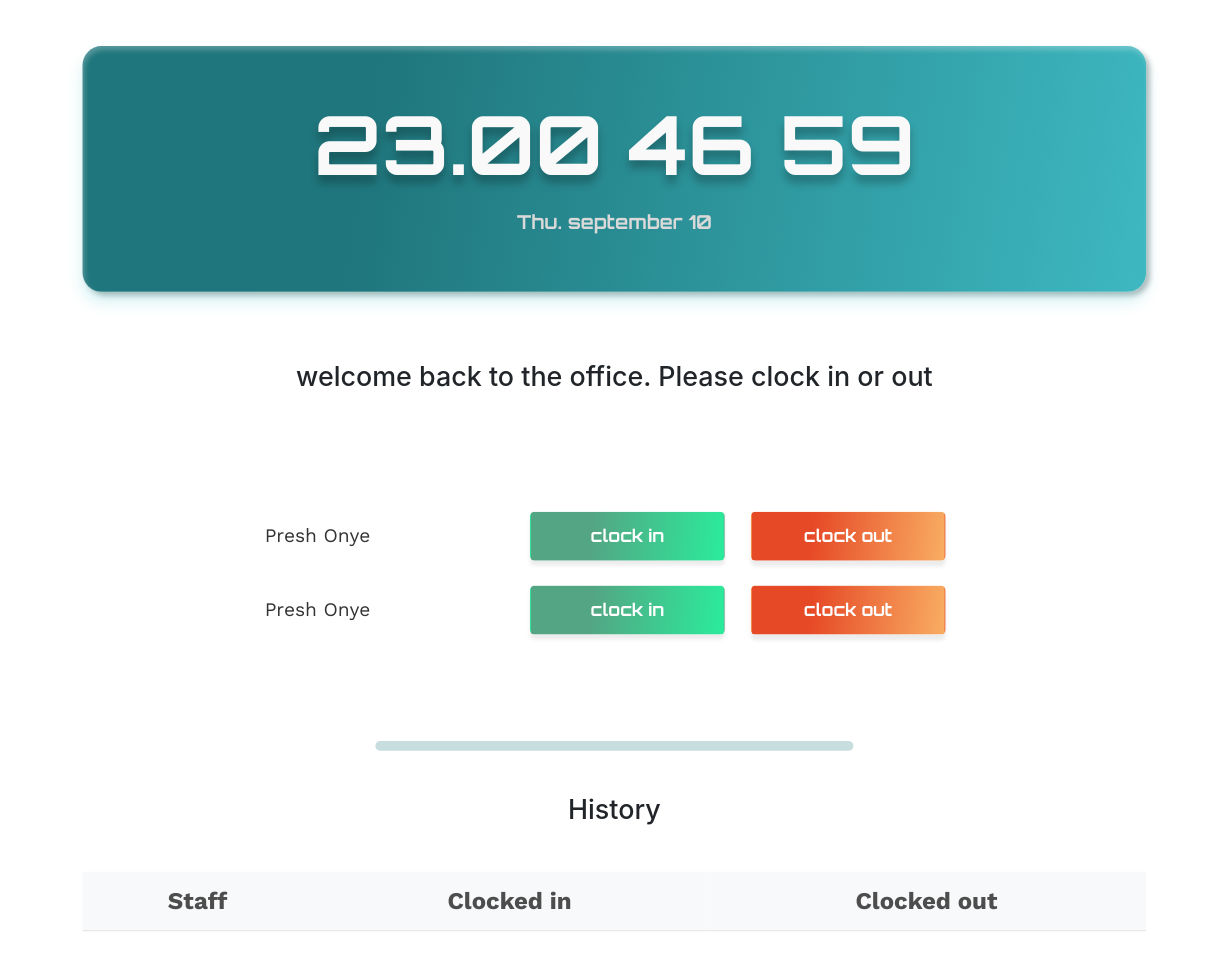
Repository: giprim/clocker
Page: /
These files come from the project's save history. The page is drawn as it stood at one moment and after the next save; the edit follows.
The browser window is 1280 px wide. The pictures show the whole page, at 96% of full size.
The project was rebuilt for these pictures with package versions that can differ from the ones it lists, and the page was loaded fresh each time.

Above is the page before, as saved 2020-09-11 12:56:49.

After the next save:
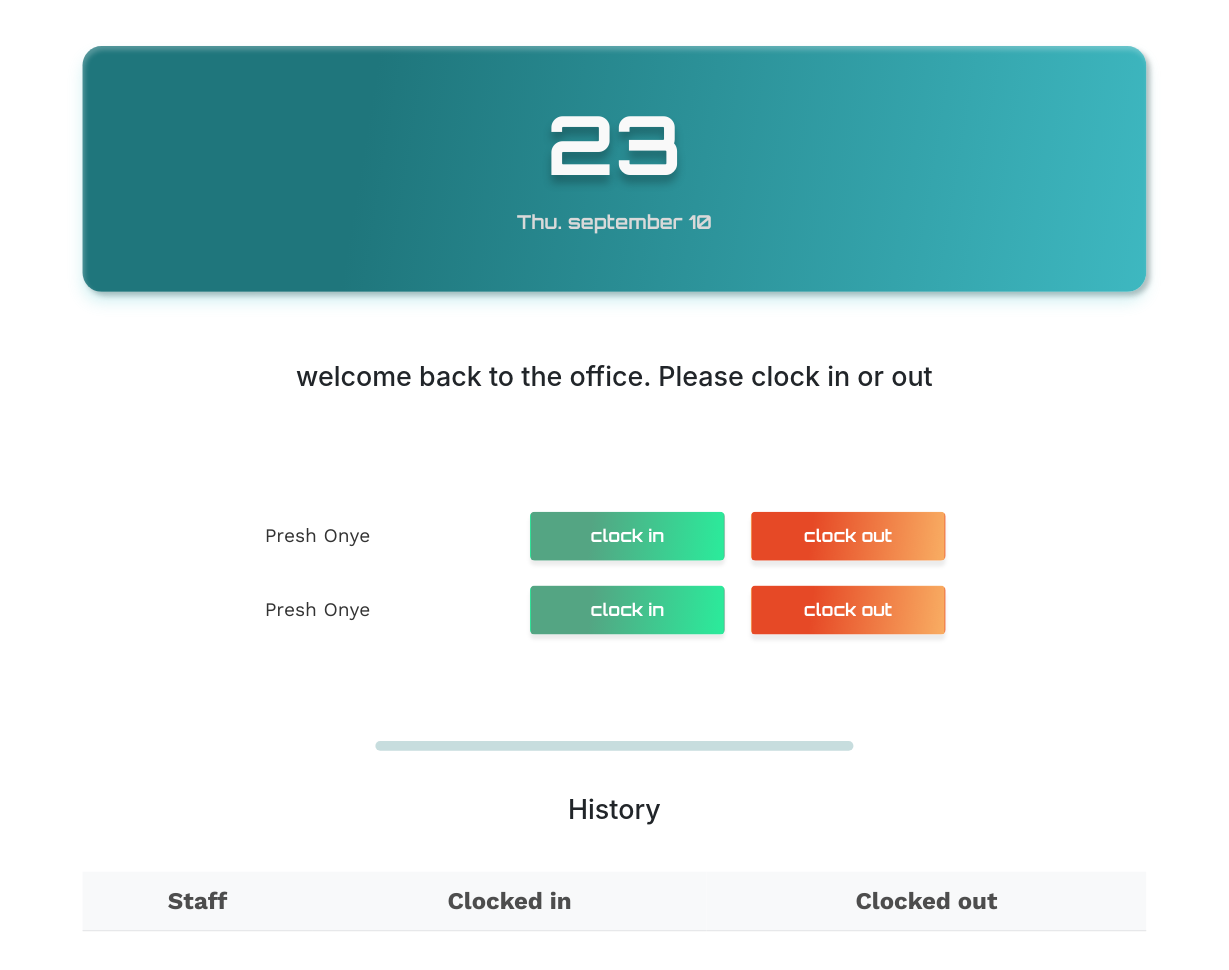
Saved 4 min 13 s later.
--- a/src/App.tsx
+++ b/src/App.tsx
@@ -4,10 +4,8 @@ import './App.css';
 function App() {
   const currentTime = () => {
     let date = new Date();
-
-    return `${date
-      .getHours()
-      .toFixed(2)} ${date.getMinutes()} ${date.getSeconds()}`;
+    let hour = date.getHours() < 10 ? '0' + date.getHours() : date.getHours();
+    return hour;
   };
 
   console.log(currentTime());
